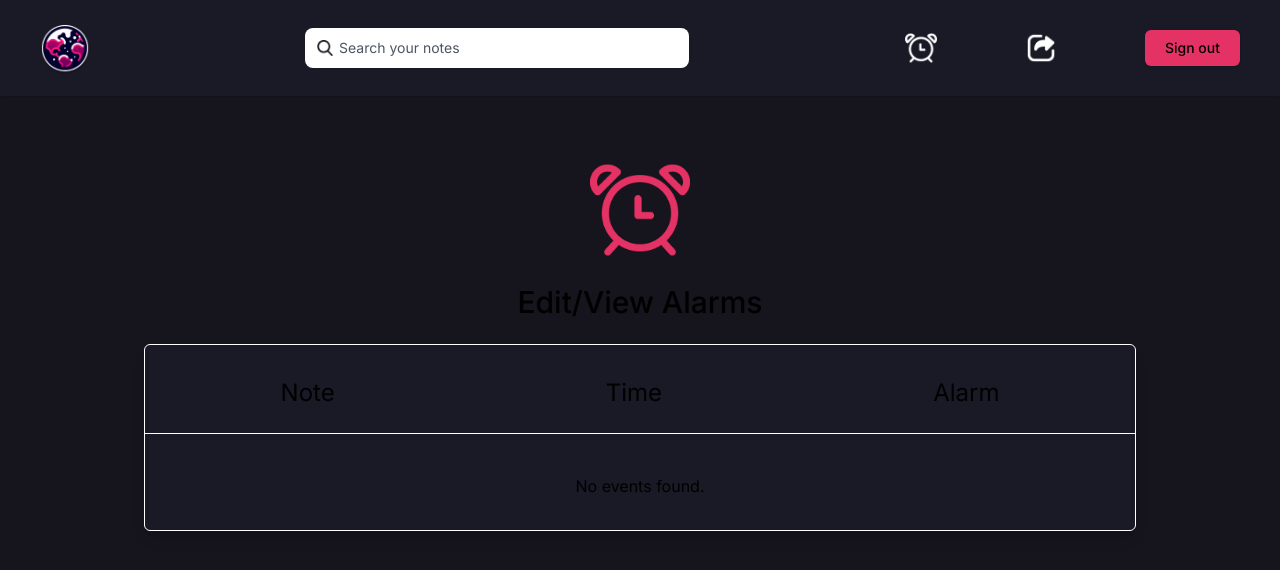
Repository: plan-it-earth/plan-it-earth
Page: /pages/alarm
These files come from the project's save history. The page is drawn as it stood at one moment and after the next save; the edit follows.
The browser window is 1280 px wide. The pictures show the whole page.
The project was rebuilt for these pictures with package versions that can differ from the ones it lists, and the page was loaded fresh each time. The framework's server and built-in components were replaced by stand-ins that run in the browser. Also part of the build but not shown: next.config.mjs, app/lib/Hooks/dbActions.js, app/Components/AlarmRow.tsx.

Above is the page before, as saved 2024-04-18 20:22:31.

After the next save:
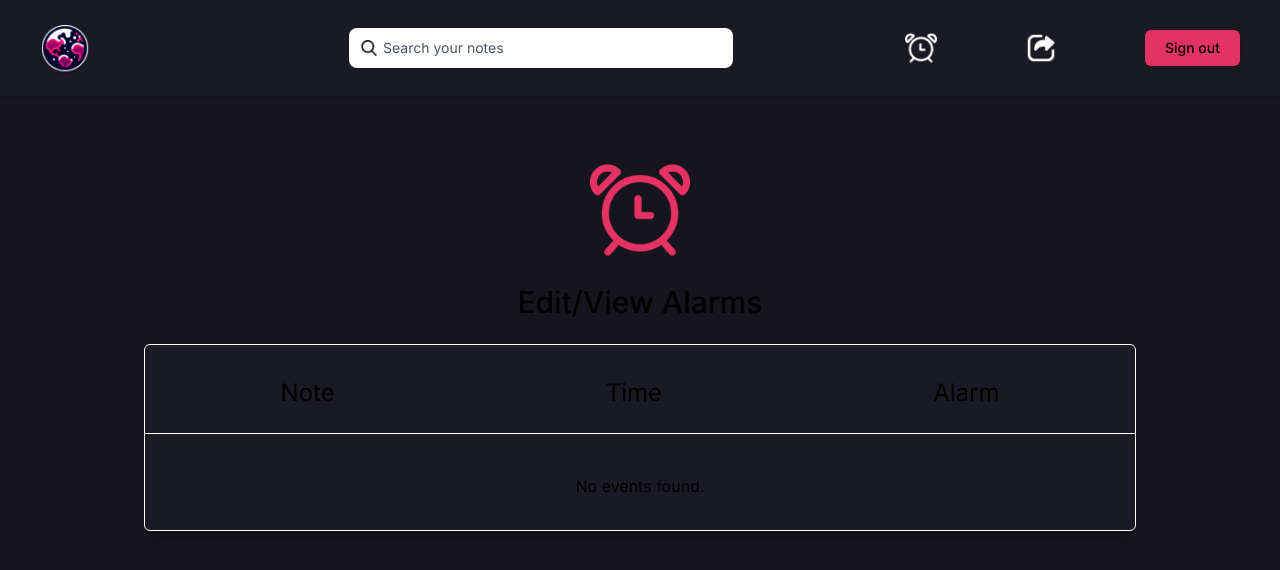
Saved 33 s later.
--- a/app/Components/Header.tsx
+++ b/app/Components/Header.tsx
@@ -43,7 +43,7 @@ export default function Header() {
         <div className="flex h-24 w-full px-2 py-5 bg-[#1A1926] shadow justify-around md:px-10">
             <div className="flex flex-row h-full items-center space-x-2 md:gap-20">
                 <Image onClick={routeToCalendar} src={logo} alt="Plan-It-Earth" height={50} width={50} className="h-30 w-30 mt-1 cursor-pointer hover:opacity-85 md:h-35 md:h-35"/>
-                <div className="hidden sm:w-35"></div>
+                <div className="hidden sm:w-35 sm:block"></div>
                 <div className="hidden sm:w-35"></div>
             </div>
             {/*<div className="hidden w-24 lg:block"></div>*/}
